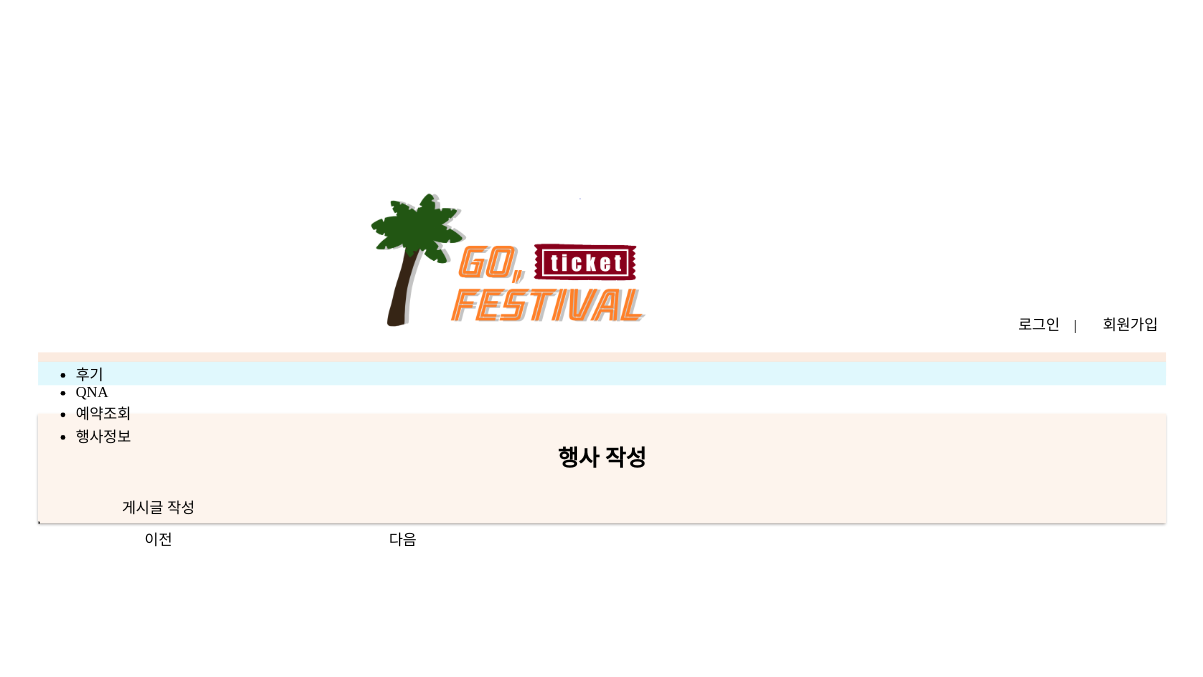
Repository: Changgyu1/Chang_Gu
Page: http://localhost/Project/EventPostingServlet
These files come from the project's save history. The page is drawn as it stood at one moment and after the next save; the edit follows.
The browser window is 1280 px wide. The pictures show the whole page, at 94% of full size.
Some web fonts or font styles are not loaded; a fallback is used. The page is served by Tomcat 9. Other server files are loaded and not shown. Queries for data that is not in the repository find no rows.

Above is the page before, as saved 2023-11-13 15:09:28.

### Project/src/main/webapp/Event_List.jsp
<%@ page language="java" contentType="text/html; charset=UTF-8"
	pageEncoding="EUC-KR"%>
<%@ page import="java.util.ArrayList"%>
<%@ page import="java.util.List"%>
	<%@ page import="park.event.EventPosting"%>
<%@ page import="park.event.EventPostingDAO"%>
<!DOCTYPE html>
<html>
<head>
<meta charset="UTF-8">
<title>Insert title here</title>


<link rel="stylesheet" href="./css/event.css">
<style>
.list{
	float: left;
}
</style>
</head>
<body>
	<div class="diva">
		<!-- 로고 이미지 -->
		<img src="./image/로고1.png" id="logo">

 <!--로그인 버튼-->
    <div style="text-align: right; width: 1215px;">
    <%
    	if(session.getAttribute("email")!=null){
    %>
	 	<button type="button" onclick="location.href='logout.jsp'" style="width:75px;">로그아웃</button>
	 	 <h>|</h>
	    <button type="button" onclick="location.href='mypageServlet?email=<%=session.getAttribute("email")%>'" style="width:100px;">마이페이지</button>
	 <%
    	}else{
	 %>
		 <button type="button" onclick="location.href='login.jsp'" style="width:60px;">로그인</button>
		 <h>|</h>
	    <button type="button" onclick="location.href='join.jsp'" style="width:100px;">회원가입</button>
	  <%
    	}
	  %>

	</div>

	<!-- 메뉴바 -->
	<div id="buttons">
		<ul>
			<li onclick="location.href='review_list.jsp'">후기</li>
			<li onclick="location.href='Qna_List.jsp'">QNA</li>
			<li onclick="location.href='reservation_search.jsp'">예약조회</li>
			<li onclick="location.href='Event_List.jsp'">행사정보</li>
		</ul>
	</div>

		<!-- 가운데 가장 큰 박스 -->
		<div id="background">
			<img src="">
			<h2>행사 작성</h2>
			<!-- 안에 글넣는 하얀 박스-->
			<div id="reviewbox">

				<div>
					<button type="button" onclick="location.href='Event_add.jsp'">게시글
						작성</button>
					<table border="1">
						<%
						EventPostingDAO eventPostingDAO = new EventPostingDAO();
						ArrayList<EventPosting> eventPosting = eventPostingDAO.getAllEventPosting();
						for (EventPosting ep : eventPosting) {
						%>
						<tr class="list">
							<td ><a
								href="Event_Detal.jsp?event_number=<%=ep.getEvent_number()%>"> <img src="<%=eventPostingDAO.Image(ep.getEvent_number())%>" width="200px" heigh="200px";>

							</a></td>
						</tr>

						<%
						}
						%>
					</table>
				</div>
			</div>
		</div>

		<!-- 페이지 넘기는 버튼-->
		<div id="Pagebutton">
			<button id="prevbutton">이전</button>

			<button id="nextbutton">다음</button>
		</div>
	</div>

</body>
</html>

### Project/src/main/java/park/event/EventPostingServlet.java
package park.event;

import java.io.IOException;
import java.sql.Connection;
import java.sql.DriverManager;
import java.sql.PreparedStatement;
import java.sql.ResultSet;
import java.sql.SQLException;
import java.util.ArrayList;

import javax.servlet.ServletException;
import javax.servlet.annotation.WebServlet;
import javax.servlet.http.HttpServlet;
import javax.servlet.http.HttpServletRequest;
import javax.servlet.http.HttpServletResponse;

/**
 * Servlet implementation class EventPostingServlet
 */
@WebServlet("/EventPostingServlet")
public class EventPostingServlet extends HttpServlet {
	private static final String jdbcURL = "jdbc:oracle:thin:@localhost:1521:xe";
	private static final String username = "kiga";
	private static final String password = "kiga1234";

	protected void doGet(HttpServletRequest request, HttpServletResponse response) throws ServletException, IOException {
		Connection connection = null;
		try {
			Class.forName("oracle.jdbc.OracleDriver");
			connection = DriverManager.getConnection(jdbcURL, username, password);
			String sql = "SELECT * FROM event";
			PreparedStatement ps = connection.prepareStatement(sql);
			ResultSet rs = ps.executeQuery();
			ArrayList<EventPosting> eventPostings = new ArrayList<>();

			while(rs.next()) {
				int event_number = rs.getInt("event_number");
				String event_name = rs.getString("event_name");
				String event_day = rs.getString("event_day");
				String event_time = rs.getString("event_time");
				String event_location = rs.getString("event_location");
				double event_price = rs.getDouble("event_price");
				int event_age = rs.getInt("event_age");
				String event_explain = rs.getString("event_explain");
				EventPosting eventPosting = new EventPosting(event_number, event_name, event_day, event_time, event_location, event_price, event_age, event_explain);
				eventPostings.add(eventPosting);
			}

			request.setAttribute("Event_List", eventPostings);
			request.getRequestDispatcher("Event_List.jsp").forward(request, response);
		} catch (ClassNotFoundException e) {
			// TODO Auto-generated catch block
			e.printStackTrace();
		} catch (SQLException e) {
			// TODO Auto-generated catch block
			e.printStackTrace();
		}
	}

}

### Project/src/main/java/park/event/EventPostingDAO.java
package park.event;

import java.sql.Blob;
import java.sql.Connection;
import java.sql.DriverManager;
import java.sql.PreparedStatement;
import java.sql.ResultSet;
import java.sql.SQLException;
import java.util.ArrayList;

public class EventPostingDAO {

	private static final String jdbcURL = "jdbc:oracle:thin:@localhost:1521:xe";
	private static final String username = "kiga";
	private static final String password = "kiga1234";

	public EventPostingDAO() {
		try {
			Class.forName("oracle.jdbc.OracleDriver");
		} catch (ClassNotFoundException e) {
			// TODO Auto-generated catch block
			e.printStackTrace();
		}
	}

	public int deleteEventPage(int event_number) {
		try {
			Connection connection = DriverManager.getConnection(jdbcURL, username, password);
			String sql = "DELETE FROM event WHERE event_number = ?";
			PreparedStatement ps = connection.prepareStatement(sql);
			ps.setInt(1, event_number);

			ps.executeUpdate();

		} catch (SQLException e) {
			// TODO Auto-generated catch block
			e.printStackTrace();
		}
		return event_number;
	}

	public ArrayList<EventPosting> getAllEventPosting(){
		ArrayList<EventPosting> eventPostings = new ArrayList<>();

		try {
			Connection connection = DriverManager.getConnection(jdbcURL, username, password);
			String sql = "SELECT * FROM event ";
			PreparedStatement ps = connection.prepareStatement(sql);
			ResultSet result = ps.executeQuery();

			while(result.next()) {
				int event_number = result.getInt("event_number");
				String event_name = result.getString("event_name");
				String event_day = result.getString("event_day");
				String event_time = result.getString("event_time");
				String event_location = result.getString("event_location");
				double event_price = result.getDouble("event_price");
				int event_age = result.getInt("event_age");
				String event_explain = result.getString("event_explain");

				EventPosting eventPosting = new EventPosting(event_number, event_name, event_day, event_time, event_location, event_price, event_age, event_explain);
				eventPostings.add(eventPosting);

			}
		} catch (SQLException e) {
			// TODO Auto-generated catch block
			e.printStackTrace();
		}
		return eventPostings;
	}

	public EventPosting getEventInfo(int event_number) {
		EventPosting eventPosting = null;

		Connection conn;
		try {
			conn = DriverManager.getConnection(jdbcURL, username, password);
			String sql = "SELECT * FROM event where event_number = ? ";
			PreparedStatement ps = conn.prepareStatement(sql);
			ps.setInt(1, event_number);
			ResultSet result = ps.executeQuery();

			if(result.next()) {
				event_number = result.getInt("event_number");
				String event_name = result.getString("event_name");
				String event_day = result.getString("event_day");
				String event_time = result.getString("event_time");
				String event_location = result.getString("event_location");
				double event_price = result.getDouble("event_price");
				int event_age = result.getInt("event_age");
				String event_explain = result.getString("event_explain");


				eventPosting = new EventPosting(event_number, event_name, event_day, event_time, event_location, event_price, event_age, event_explain);
			}
		} catch (SQLException e) {
			// TODO Auto-generated catch block
			e.printStackTrace();
		}
		return eventPosting;
	}

	public int delete(int event_number) {
		String sql = "DELETE EVENT WHERE event_number = ?";
		Connection conn;
		try {
			conn = DriverManager.getConnection(jdbcURL, username, password);
			PreparedStatement ps = conn.prepareStatement(sql);
			ps.setInt(1, event_number);
			return ps.executeUpdate();
		} catch (SQLException e1) {
			// TODO Auto-generated catch block
			e1.printStackTrace();
		}
		return -1; //DB 오류
	}

	public int updateEvent(int event_number, String event_name, String event_location, String event_day, String event_time, double event_price
			, int event_age, String event_explain) {
		String sql = "UPDATE EVENT SET event_name = ?, event_location = ?, event_day = ?, event_time= ?, event_price = ?, event_age = ?, event_explain = ? WHERE event_number = ?";
		Connection conn;
		try {
			conn = DriverManager.getConnection(jdbcURL, username, password);
			PreparedStatement ps = conn.prepareStatement(sql);
			ps.setString(1, event_name);
			ps.setString(2, event_location);
			ps.setString(3, event_day);
			ps.setString(4, event_time);
			ps.setDouble(5, event_price);
			ps.setInt(6, event_age);
			ps.setString(7, event_explain);
			ps.setInt(8, event_number);
			return ps.executeUpdate();
		} catch (SQLException e1) {
			// TODO Auto-generated catch block
			e1.printStackTrace();
		}
		return -1; //DB 오류
	}

	public int updateEventLocation(int event_number, String event_loaction) {
		String sql = "UPDATE EVENT SET event_loaction = ? WHERE event_number = ?";
		Connection conn;
		try {
			conn = DriverManager.getConnection(jdbcURL, username, password);
			PreparedStatement ps = conn.prepareStatement(sql);
			ps.setString(1, event_loaction);
			ps.setInt(2, event_number);
			return ps.executeUpdate();
		} catch (SQLException e1) {
			// TODO Auto-generated catch block
			e1.printStackTrace();
		}
		return -1; //DB 오류
	}
	public int updateEventDay(int event_number, String event_day) {
		String sql = "UPDATE EVENT SET event_day = ? WHERE event_number = ?";
		Connection conn;
		try {
			conn = DriverManager.getConnection(jdbcURL, username, password);
			PreparedStatement ps = conn.prepareStatement(sql);
			ps.setString(1, event_day);
			ps.setInt(2, event_number);
			return ps.executeUpdate();
		} catch (SQLException e1) {
			// TODO Auto-generated catch block
			e1.printStackTrace();
		}
		return -1; //DB 오류
	}
	public int updateEventTime(int event_number, String event_time) {
		String sql = "UPDATE EVENT SET event_time = ? WHERE event_number = ?";
		Connection conn;
		try {
			conn = DriverManager.getConnection(jdbcURL, username, password);
			PreparedStatement ps = conn.prepareStatement(sql);
			ps.setString(1, event_time);
			ps.setInt(2, event_number);
			return ps.executeUpdate();
		} catch (SQLException e1) {
			// TODO Auto-generated catch block
			e1.printStackTrace();
		}
		return -1; //DB 오류
	}
	public int updateEventPrice(int event_number, int event_price) {
		String sql = "UPDATE EVENT SET event_price = ? WHERE event_number = ?";
		Connection conn;
		try {
			conn = DriverManager.getConnection(jdbcURL, username, password);
			PreparedStatement ps = conn.prepareStatement(sql);
			ps.setInt(1, event_price);
			ps.setInt(2, event_number);
			return ps.executeUpdate();
		} catch (SQLException e1) {
			// TODO Auto-generated catch block
			e1.printStackTrace();
		}
		return -1; //DB 오류
	}

	public int updateEventAge(int event_number, int event_age) {
		String sql = "UPDATE EVENT SET event_age = ? WHERE event_number = ?";
		Connection conn;
		try {
			conn = DriverManager.getConnection(jdbcURL, username, password);
			PreparedStatement ps = conn.prepareStatement(sql);
			ps.setInt(1, event_age);
			ps.setInt(2, event_number);
			return ps.executeUpdate();
		} catch (SQLException e1) {
			// TODO Auto-generated catch block
			e1.printStackTrace();
		}
		return -1; //DB 오류
	}

	public int updateEventExplain(int event_number, String event_explain) {
		String sql = "UPDATE EVENT SET event_explain = ? WHERE event_number = ?";
		Connection conn;
		try {
			conn = DriverManager.getConnection(jdbcURL, username, password);
			PreparedStatement ps = conn.prepareStatement(sql);
			ps.setString(1, event_explain);
			ps.setInt(2, event_number);
			return ps.executeUpdate();
		} catch (SQLException e1) {
			// TODO Auto-generated catch block
			e1.printStackTrace();
		}
		return -1; //DB 오류
	}

	public int updateEventImage(int event_number, String event_explain) {
		String sql = "UPDATE EVENT SET event_explain = ? WHERE event_number = ?";
		Connection conn;
		try {
			conn = DriverManager.getConnection(jdbcURL, username, password);
			PreparedStatement ps = conn.prepareStatement(sql);
			ps.setString(1, event_explain);
			ps.setInt(2, event_number);
			return ps.executeUpdate();
		} catch (SQLException e1) {
			// TODO Auto-generated catch block
			e1.printStackTrace();
		}
		return -1; //DB 오류
	}


	public String Image(int event_number) {
		String sql = "SELECT event_img FROM event WHERE event_number = ?";
		Connection conn;
		try {
			conn = DriverManager.getConnection(jdbcURL, username, password);
			PreparedStatement ps = conn.prepareStatement(sql);
			ps.setInt(1, event_number);
			ResultSet rs = ps.executeQuery();
			if(rs.next()) {
				 Blob blob = rs.getBlob("event_img");
                 byte[] imageBytes = blob.getBytes(1, (int) blob.length());

                 String imageBase64 = java.util.Base64.getEncoder().encodeToString(imageBytes);
                 String imageUrl = "data:[embedded picture, 24 characters]" + imageBase64;

                 return imageUrl;
			}

		} catch (SQLException e1) {
			// TODO Auto-generated catch block
			e1.printStackTrace();
		}
		return null; // DB 오류
	}
}

### Project/src/main/webapp/css/event.css
@font-face {
    font-family: 'NanumSquareNeo-Variable';
    src: url('https://cdn.jsdelivr.net/gh/projectnoonnu/noonfonts_11-01@1.0/NanumSquareNeo-Variable.woff2') format('woff2');
    font-weight: normal;
    font-style: normal;
}

    *{
    font-family: 'NanumSquareNeo-Variable';
    }

     body{
 	   	 position: absolute;
            padding: 20px;
            top: 50%;
            left: 50%;
            transform: translate(-50%, -50%);
    }


    #logo{
        width:300px;
        margin-left:350px;
        margin-bottom:-35px;
        margin-top:50px;
    }

      #logo-a{
        width:300px;
        margin-left:350px;
        margin-bottom:-60px;
        margin-top:50px;
    }




    #searchbox{
     margin-right:100px;
        }


    #buttons{
        background:rgba(150, 230, 248, 0.295);
        height: 25px;
        width: 1200px;
        box-shadow: 0px -10px 0px rgba(249, 220, 201, 0.575);
        margin-top: 25px;

    }

    button{
        border:none;
        background:none;
        margin: 3px;
        font-size: 16px;
        width: 250px;

    }

    #background{
        background-color:rgba(249, 220, 201, 0.326);
        width: 1200px;
        height: 100%;
        margin-top: 30px;

        box-shadow: 0px 2px 3px rgb(161, 160, 159);
        padding-top:10px;

    }



    #whitebox{

    	padding-top:20px;
    	max-width: 1000px;
        height: 100%;
        margin-left:auto;
        margin-right:auto;
        background-color: #ffffff;
        text-align:center;
        box-shadow: 0px 1px 3px rgb(161, 160, 159);
        margin-top : 20px;

    }


    #qna{
    margin:10px;
    width:700px;
    height:250px;

    }

    #qna_title{
    margin:10px;
    width:700px;
    height:30px;

    }

    #qna_content{
    margin:10px;
    width:700px;
    height:250px;
    }

    #qna_name{
    margin:10px;
    width:120px;
    height:30px;
    }

    #qna_password{
    margin:10px;
    width:120px;
    height:30px;
    }

    #qna_email{
    margin:10px;
    width:120px;
    height:30px;
    }

    #event_number{
    margin:10px;
    width:120px;
    height:30px;
    }


    h2{
    font-family: 'NanumSquareNeo-Variable';
 	margin-top:0px;
    text-align: center;
    }


    #list{

        background-color: rgba(149, 150, 149, 0.055);
        border: 1px solid gray;
        border-collapse: collapse;
        padding: 10px;
        width:900px;
        text-align: center;
        margin-left:auto;
		margin-right:auto;

        }


        th{

            background-color: rgba(161, 161, 161, 0.377);

        }

        th,td{

            border: 1px solid gray;
            padding: 10px;
        }

        #textbox{
        margin-right:100px;
        }

After the next save:
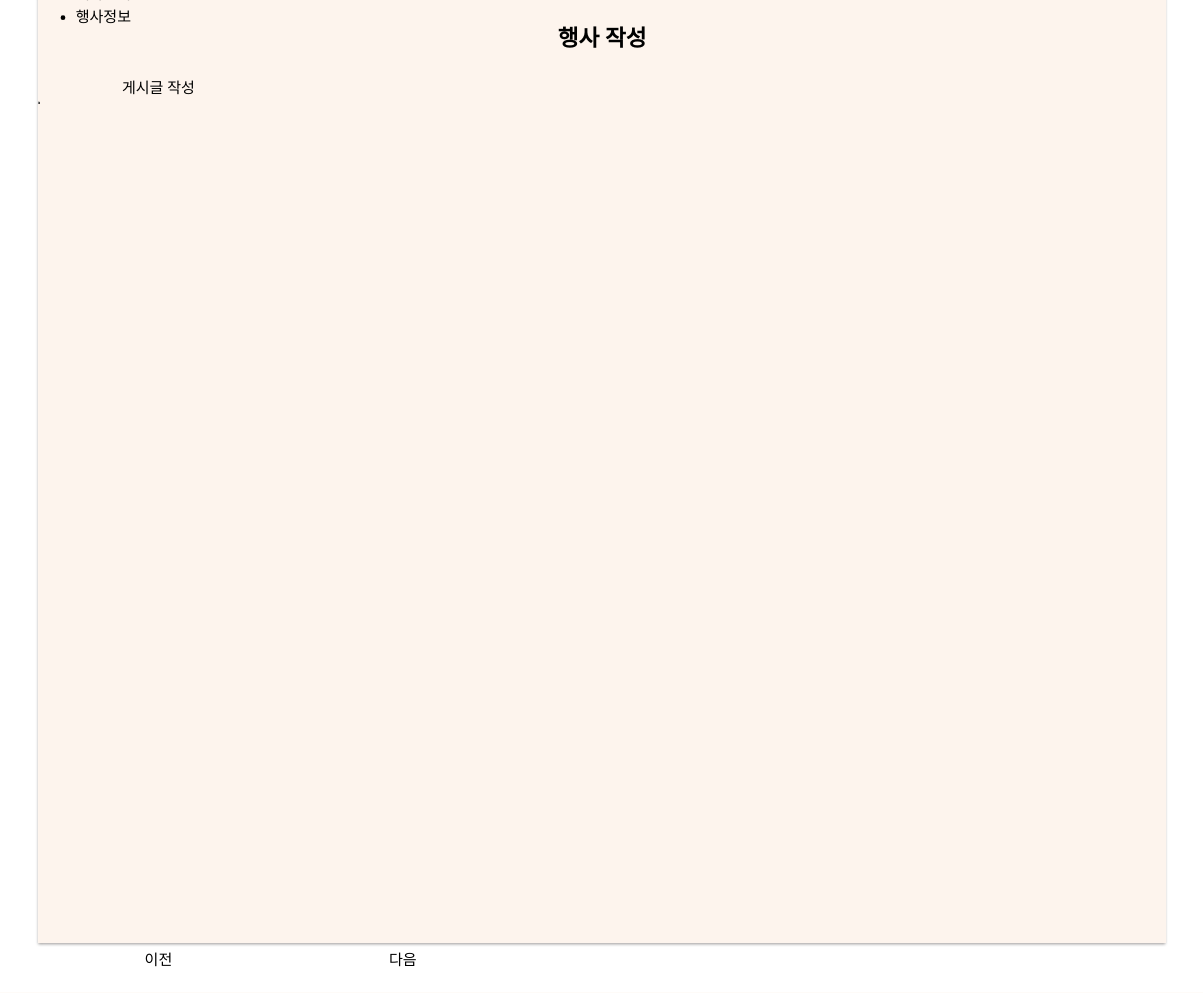
Saved 92 s later.
--- a/Project/src/main/webapp/css/event.css
+++ b/Project/src/main/webapp/css/event.css
@@ -61,7 +61,7 @@
     #background{
         background-color:rgba(249, 220, 201, 0.326);
         width: 1200px;
-        height: 100%;
+        height: 1000px;
         margin-top: 30px;
 
         box-shadow: 0px 2px 3px rgb(161, 160, 159);
